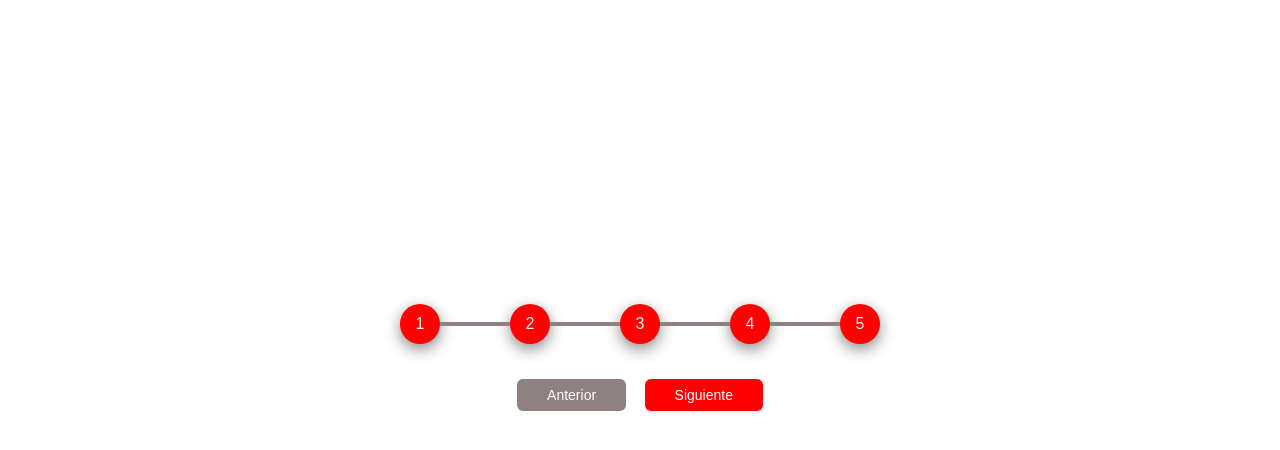
Repository: ElideZavala/Linea-de-tiempo
Page: index.html
These files come from the project's save history. The page is drawn as it stood at one moment and after the next save; the edit follows.
The browser window is 1280 px wide. The pictures show the whole page.
Some web fonts or font styles are not loaded; a fallback is used.

Above is the page before, as saved 2021-05-28 09:56:36.

### index.html
<!DOCTYPE html>
<html lang="en">
<head>
	<meta charset="UTF-8">
	<meta http-equiv="X-UA-Compatible" content="IE=edge">
	<meta name="viewport" content="width=device-width, initial-scale=1.0">
	<link rel="stylesheet" href="style.css">
	<link rel="stylesheet" href="normalize.css">
	<title>Pasos de progreso </title>
</head>
<body>
	<div class="container">
		<div class="progress-container">
			<div class="progress" id="progress"></div>
			<div class="circle active">1</div>
			<div class="circle">2</div>
			<div class="circle">3</div>
			<div class="circle">4</div>
			<div class="circle">5</div>
		</div>

		<button class="btn" id="prev" disabled>Anterior</button>
		<button class="btn" id="next">Siguiente</button>
		<script src="script.js"></script>
	</div>
</body>
</html>

### style.css
/* @import url('https://fonts.googleapis.com/css2?family=Roboto:wght@400;700&display=swap'); */
@import url('https://fonts.googleapis.com/css?family=Muli&display=swap');


:root {
	--line-border-fill: red;
	--line-border-empty: rgb(144, 129, 129);
}

* {
	box-sizing: border-box;
}

body {
	font-family: 'Muli', sans-serif;
	display: flex;
	flex-direction: column;
	align-items: center;
	justify-content: center;
	height: 100vh;
	overflow: hidden;
	margin: 0;
}

.container {
	text-align: center;
}

.progress-container {
	display: flex;
	justify-content: space-between;
	position: relative;
	margin-bottom: 30px;
	max-width: 100%;
	width: 480px;
}

.progress-container::before {
	content: '';
	background-color: var( --line-border-empty);
	position: absolute;
	top: 50%;
	left: 0;
	transform: translateY(-50%);
	height: 4px;
	width: 100%;
	z-index: -1;
	transition: 0.4s ease;
}

.progress {
	background-color: var( --line-border-fill );
	position: absolute;
	top: 50%;
	left: 0;
	transform: translateY(-50%);
	height: 4px;
	width: 0%;
	z-index: -1;
	transition: 0.4s ease;
}

.circle {
	background-color: red;
	color: #eee;
	border-radius: 50%;
	height: 40px;
	width: 40px;
	display: flex;
	align-items: center;
	justify-content: center;
	/* border: 3px solid var( --line-border-empty ); */
	transition: .4s ease;
	-moz-animation: rotacion 10s infinite linear;
	box-shadow: 0px 5px 15px #888;
}

@-moz-keyframes rotacion{
	0% {
		background-position: 0px 0px;
	}
	100%{
		background-position: -160px 0px;
	}
}

.sombra3d {
	background: url("bola4.png");
	position: absolute;
	width: 40px;
	height: 40px;
}

.circle.active {
	border-color: red;
}

.btn {
	background-color: var(--line-border-fill);
	color: #fff;
	border: 0;
	border-radius: 6px;
	cursor: pointer;
	font-family: inherit;
	padding: 8px 30px;
	margin: 5px 7px;
	font-size: 14px;
}

.btn:active {
	transform: scale(0.98);
}

.btn:focus {
	outline: 0;
}

.btn:disabled {
	background-color: var( --line-border-empty );
	cursor: not-allowed;
}

### script.js
const progress = document.querySelector('#progress');
const prev = document.querySelector('#prev');
const next = document.querySelector('#next');
const circles = document.querySelectorAll('.circle');

let currentActive = 1

next.addEventListener('click', () => {
	currentActive++

	if (currentActive > circles.length) {
		currentActive = circles.length
	}

	update();
})

prev.addEventListener('click', () => {
	currentActive--

	if (currentActive < 1) {
		currentActive = 1;
	}

	update();
})

function update() {
	circles.forEach((circle, idx) => {
		if (idx < currentActive) {
			circle.classList.add('active');
		} else {
			circle.classList.remove('active');
		}
	})

	const actives = document.querySelectorAll('.active');
	console.log(actives.length)

	const percent = (actives.length - 1) / (circles.length - 1) * 100 + '%';

	progress.style.width = percent;

	if (currentActive === 1) {
		prev.disabled = true;
	} else if (currentActive === circles.length) {
		next.disabled = true;
	} else {
		prev.disabled = false;
		next.disabled = false;
	}
}

Loaded but not shown: normalize.css (library)

After the next save:
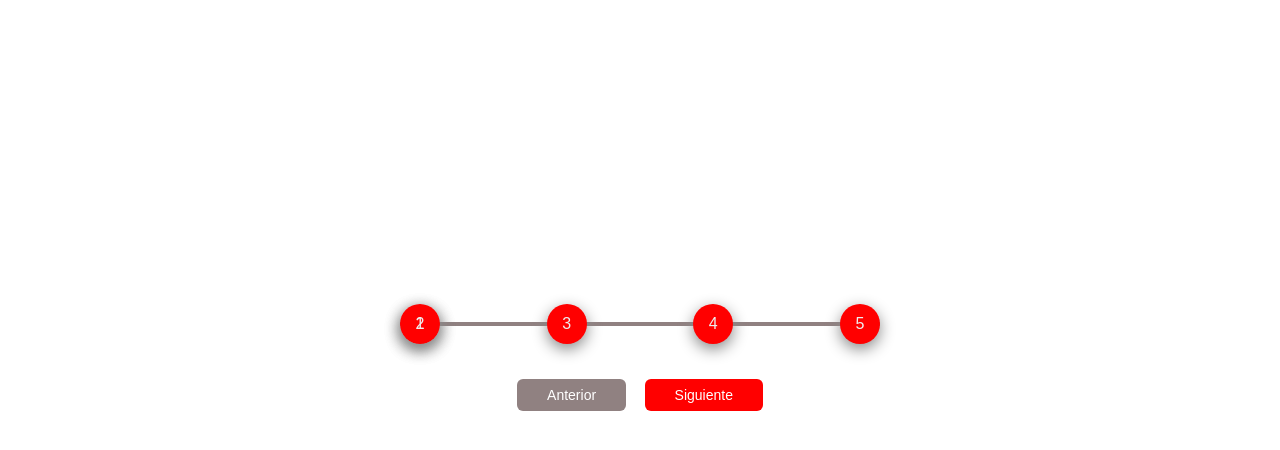
Saved 45 s later.
--- a/index.html
+++ b/index.html
@@ -11,9 +11,10 @@
 <body>
 	<div class="container">
 		<div class="progress-container">
+			<div class="sombra3d"></div>
 			<div class="progress" id="progress"></div>
 			<div class="circle active">1</div>
-			<div class="circle">2</div>
+			<div class="circle sombra3d">2</div>
 			<div class="circle">3</div>
 			<div class="circle">4</div>
 			<div class="circle">5</div>

After the 4 saves that followed:
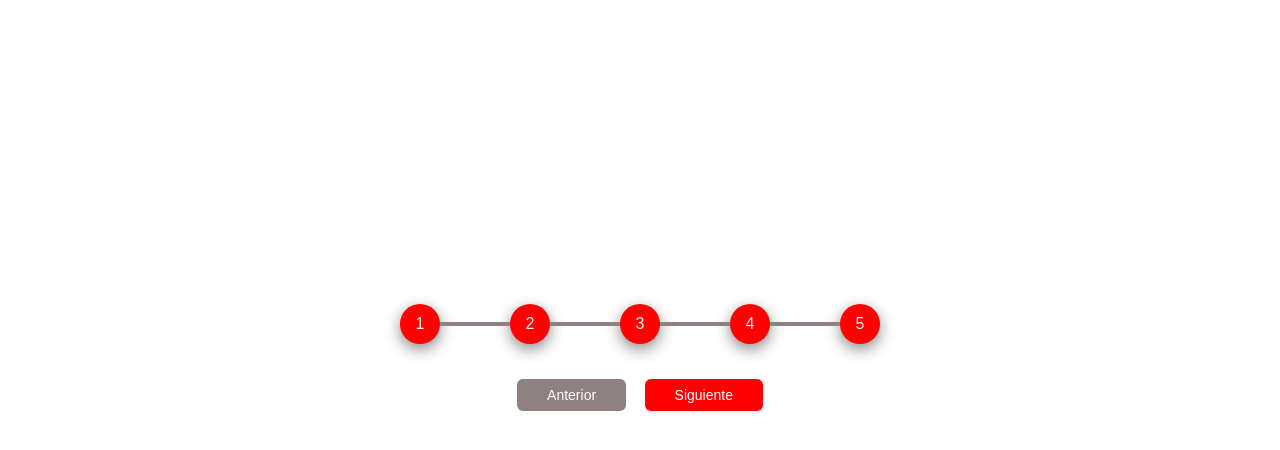
The 4 saves are shown as one change because 3 left the picture as it was.
The last was saved 45 s later.
--- a/index.html
+++ b/index.html
@@ -14,7 +14,7 @@
 			<div class="sombra3d"></div>
 			<div class="progress" id="progress"></div>
 			<div class="circle active">1</div>
-			<div class="circle sombra3d">2</div>
+			<div class="circle sombra3 ">2</div>
 			<div class="circle">3</div>
 			<div class="circle">4</div>
 			<div class="circle">5</div>
